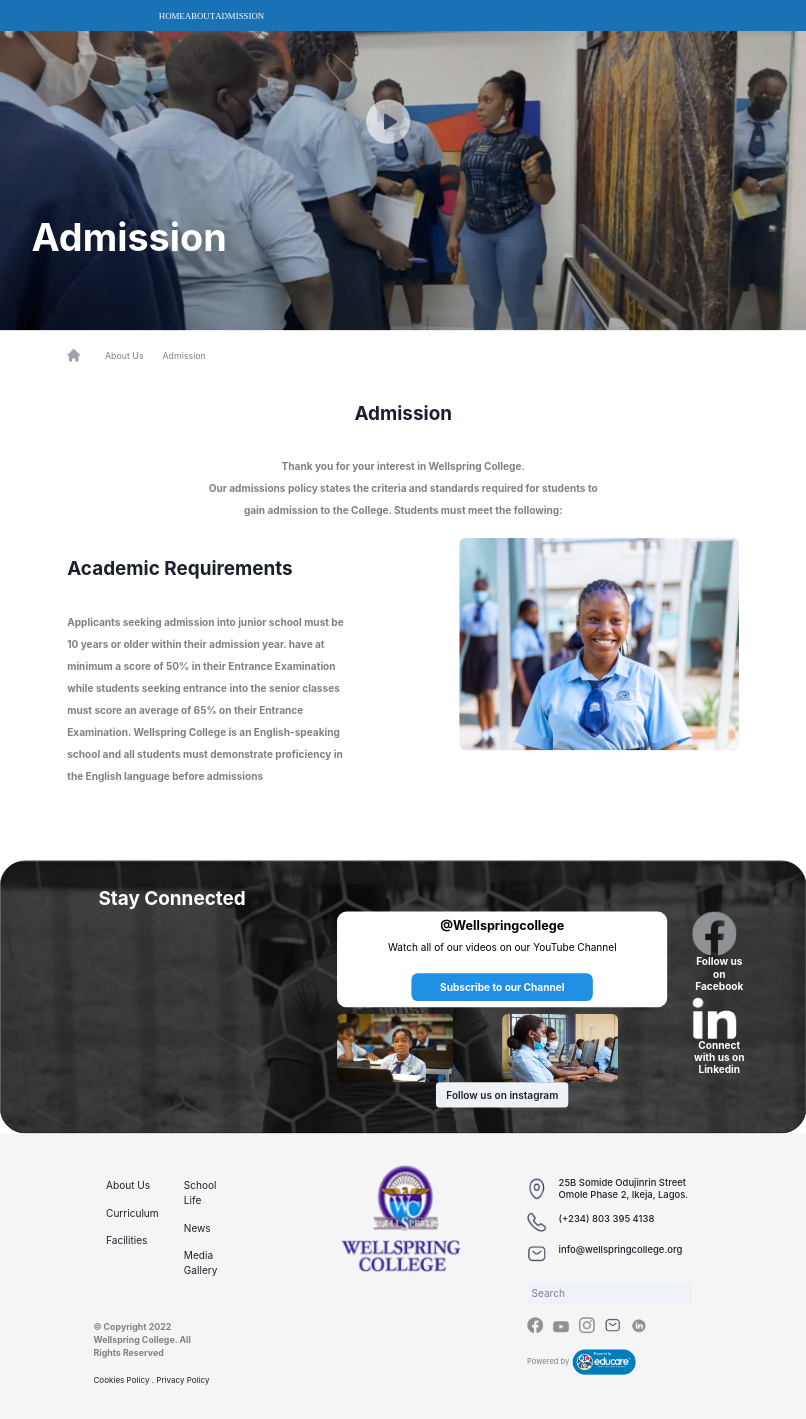
Repository: gr8skills/wellspring-school-forked
Page: /admission
An editor plug-in stored every save of this project. The page is shown before and after a run of saves, followed by the edit.
The browser window is 1280 px wide. The pictures show the whole page, at 63% of full size.
The project was rebuilt for these pictures with package versions that can differ from the ones it lists, and the page was loaded fresh each time. Also part of the build but not shown: src/components/Navbar/Dropdown.scss, src/components/Navbar/Dropdown.js, src/components/Testimonials/Testimonials.js, src/components/Calendar/Calendar.js, src/components/News/News.js, src/components/WhyWellspring/_why-wellspring.scss, src/components/WhyWellspring/WhyWellspring.js, src/components/AppTab/AppTab.js and 9 more.

Above is the page before, as saved 2022-12-06 19:06:52.

### src/index.css
body {
  /* margin: 0;
  font-family: -apple-system, BlinkMacSystemFont, 'Segoe UI', 'Roboto', 'Oxygen',
    'Ubuntu', 'Cantarell', 'Fira Sans', 'Droid Sans', 'Helvetica Neue',
    sans-serif;
  -webkit-font-smoothing: antialiased;
  -moz-osx-font-smoothing: grayscale; */
}

/* code {
  font-family: source-code-pro, Menlo, Monaco, Consolas, 'Courier New',
    monospace;
} */

### src/App.css
body{
}

.App {
  text-align: center;
    background-color:black;

}

.App-logo {
  height: 40vmin;
  pointer-events: none;
}

@media (prefers-reduced-motion: no-preference) {
  .App-logo {
    animation: App-logo-spin infinite 20s linear;
  }
}


@keyframes App-logo-spin {
  from {
    transform: rotate(0deg);
  }
  to {
    transform: rotate(360deg);
  }
}

### src/pages/Admission/Admission.js
import Banner from "../../assets/admission.png";
import Home from "../../assets/home.png";
import VideoIcon from "../../assets/vid2.png";
import Happy from "../../assets/happy.png";

import Dot from "../../assets/yellow.png";
import { Heading } from "@chakra-ui/react";
import { Link } from "react-router-dom";

import "./_admission.scss";
import { StayConnected } from "../../components/StayConnected/StayConnected";
export const Admission = () => {
  return (
    <>
      <div className="col-md-12 holder">
        <img className="col-md-12 imgCaro" src={Banner} alt="Scholar" />
        <div className="overlay">
          <div className="videoIcon">
            {" "}
            <img className="col-md-1" src={VideoIcon} alt="Scholar" />
          </div>
          <Heading size="3xl">Admission</Heading>
        </div>
      </div>
      <div className="flexy breadcrumb">
        <div className="col-md-1">&nbsp;</div>
        <a href="#">
          <img className="col-md-12 home-icon" src={Home} alt="Scholar" />
        </a>
        <p>About Us</p>
        <p>Admission</p>
      </div>
      <div className="col-md-12 flexy admission">
        <div className="col-md-3">&nbsp;</div>
        <div className="page-body col-md-6 ">
          <Heading size="lg" mb="50px" mt="30px">
            Admission
          </Heading>
          <p style={{ lineHeight: "35px" }}>
            Thank you for your interest in Wellspring College.
            <br /> Our admissions policy states the criteria and standards
            required for students to gain admission to the College. Students
            must meet the following:
          </p>
        </div>
      </div>
      <div className="col-md-12 flexy mt1">
        <div className="col-md-1">&nbsp;</div>
        <div className="col-md-10 flexy">
          <div className="page-body col-md-5 ">
            <Heading size="lg" mb="50px" mt="30px">
              Academic Requirements
            </Heading>
            <p>
              Applicants seeking admission into junior school must be 10 years
              or older within their admission year. have at minimum a score of
              50% in their Entrance Examination while students seeking entrance
              into the senior classes must score an average of 65% on their
              Entrance Examination. Wellspring College is an English-speaking
              school and all students must demonstrate proficiency in the
              English language before admissions
            </p>
          </div>
          <div className="col-md-2">&nbsp;</div>
          <div className="col-md-5">
            {" "}
            <img className="col-md-12 br" src={Happy} alt="Scholar" />
          </div>
        </div>
      </div>

      <StayConnected />
    </>
  );
};

### src/components/Navbar/NavBar.module.css


.navCont{
    position: relative;
    /* display: flex; */
    width:25%;
    /* justify-content: space-between; */
    /* margin: 0 auto; */
    /* max-height: 5rem; */
    padding-left:220px;

}

.nav-links{
    font-size:10px !important;
}


.imgCont{
    position: relative;
}

/* .imgContent{
    position: absolute;
    z-index: 1;
    height: 6vw;

} */

/* .btnPortal{
    background-color: #4CA14900;
    color: #fff;
    height: 2.5rem;
    width: 7rem;
    font-size: 18px;
    border-radius: 5px;
    position: relative;
    outline: 0;
    border: 0;
    transition: 1.5s scale linear;
} */

/* .btnPortal:focus{
    outline: 0;
    border: 0;
} */

/* .btnPortal:hover{
    transform: scale(1.02);
    background-color: #4CA149CF;
} */

/* .fIcon{
    width: 30px;
    height: 30px;
    padding: 5px 5px;
    transform: translate(-6px, -1px);
} */

/* @media screen and (max-width: 960px) {
    .navCont{
        position: relative;
        display: flex;
        width: 100%;
        justify-content: space-between;
        margin: 0 auto;
        max-height: 5rem;

    }

    .imgContent{
        position: absolute;
        z-index: 1;
        height: 16vw;

    }

}


 */

### src/components/Navbar/_navbar.scss
@import "../../variables";





.navContainer{
    background:$themecolor;
    min-height: 3rem;
    position: fixed;
    z-index: 1;
    right: 0;
    width: 100%;
    top: 0;
    @media screen and (max-width:620px){
        display:none;
    }
}


.nav-list{
    display: flex;
    max-width: 70%;
    width: 70%;
    justify-content: space-between;
    list-style: none;
    color: #fff;
    font-family: monserat;
    transform: translateY(54%);
    margin: 0 !important;
}

.nav-list li{
    line-height: 25px;
    text-align: center;
    margin: 0;
    font-size: 14px;

}

/* .nav-list li a{
    color: #fff;
} */


.nav-item {
    height: auto;
    justify-content: center;
    display: flex;
}

.menu-icon{
    display: none;
}




.nav-links {
    color: #fff;
    display: flex;
    align-items: center;
    text-decoration: none;
    height: 100%;
    transition: all 0.2s ease-out;

}

.nav-links:hover {
    background-color: #fff;
    text-decoration: none;
    // padding:5px;
    color:$themecolor;
}


@media screen and (max-width: 600px) {
    .ph{
        display: none;
    }

@media screen and (max-width: 960px) {
    .nav-list{
        display: none;
    }
}

    .menu-icon{
        display: block;
    }

    .nav-list{
        display: flex;
        flex-direction: column;
        position: absolute;
        height: 42rem;
        width: 100%;
        max-width: 100% !important;
        top: 48px;
        transform: translateY(4%);
        /* z-index: 999; */
        opacity: 1;
        right: -100%;
        transition: all .5s linear;
    background-color: #4CA149;

    }
.mainMenu li a{
    line-height:20px !important;

}
    .nav-list.active{
        transition: all 0.3s ease-out;
        visibility: visible;
        transition: all .5s linear;
        right: 0;
        /* z-index: 1; */
    }

    .nav-list.active li {
        font-size: 4vw;
        position: relative;
        margin: 30px 0;
    }


    .fa-times{
        position: relative;
        float: right;
        width: 100%;
    }

    .fa-times, .fa-bars{
        font-size: 40px;
        color: #feed00;
        transition: all 1.5ms linear;
        transform: translate(-29px, 17px);

    }
.nav-links{
    display:none;
}
}




@media screen and (min-width: 960px) {
    .wrapper{
        display:none;
    }
}



/*for sidenav*/




.ph:hover{
    background-color:rgb(255, 165, 0) !important;
    opacity:1 !important
}
.wrapper{
    position: absolute;
    top: 50%;
    left: 50%;
    transform: translate(-50%, -50%);

}
.mainMenu{
    width: 250px;
    display: block;
    border-radius: 10px;
    overflow: hidden;
}
.mainMenu a{
  font-size:20px !important;
  font-weight:bold !important;
      font-family: monserat;
      /* margin-bottom:-20px; */
}
.item{
    border-top: 1px solid orange;
    overflow: hidden;
margin: top 0;
line-height: 20px !important;
}
.btn{
    display: block;
    padding: 15px 20px;
    color: #fff;
    position: relative;
    padding-left:5px !important;
    /* text-align:left !important; */

}
.btn:before{
    content: '';
    position: absolute;
    width: 0;
    height: 0;
    border-left: 8px solid transparent;
    border-right:8px solid transparent;
    /* border-top:10px solid rgba(0,128,0,0.9); */
    right: 15px;
    bottom: -10px;
    z-index: 9;

}
.btn i {
    margin-right: 7px;
    margin-left: -5px;
    font-size: 13px;
}
.subMenu{
    /* background:#A3DA8D !important; */
      overflow: hidden;
        /* background:rgba(78,161,73, 0.1)!important; */
        background:rgba(178,161,173, 0.1)!important;

    transition: max-height 0.7s;
max-height: 0;
z-index:300000000 !important;
position:relative !important;

}
.subMenu a{
    display: block;
    /* padding: 5px 10px !important; */
    color: #fff !important;
    font-size: 14px !important;
    border-bottom: 1px solid #394c7f;
    position: relative;
    margin-top:5px !important;


}
.subMenu a:before{
    content: '';
    opacity: 0;
    transition: opacity 0.3s;

}
.subMenu a:hover:before{
    content: '';
    position: absolute;
    height: 0;
    width: 6px;
    left: 0;
    top:0;
    opacity: 1;
    /* background-color: #d8d824; */
    border-top: 24px solid transparent;
    border-left: 11px solid #ffffff;
    border-bottom: 24px solid transparent;
}
.subMenu a:after{
    content: '';
    opacity: 0;
    transition: opacity 0.3s;

}
.subMenu a:hover:after{
    content: '';
    position: absolute;
    height: 0;
    width: 6px;
    right: 0px;
    top:0;
    opacity: 1;
    /* background-color: #d8d824; */
    border-top: 24px solid transparent;
    border-right: 11px solid #ffffff;
    border-bottom: 24px solid transparent;
}
.subMenu a:hover{
   background-color:orange;
    transition: all 0.3s;
    border-bottom: 2px solid #394c7f;
}
.subMenu a:last-child{
    border:none;
}
.item:target .subMenu{
    max-height: 300px;
        /* transition: max-height 0.7s !important; */

}

.login{
  background-color:#ED2f59;
  padding:5px 14px 5px 14px !important;
  border-radius:5px;
margin-right:55px;
margin-left:30px;
font-family: 'Poppins', sans-serif;

  }



.portal{
  background-color:rgb(221, 156, 35);
  /* padding:7px; */
  width:120px;
  margin-left:50px;
  border-radius:5px;
 padding:7px !important;
 font-size:5px !important;
 color:white !important;
    /* padding-bottom:6px !important; */
  margin-top:20px !important;
   font-size:11px !important;
      text-decoration: none;

  }

  .portal a{

  }

### src/components/Footer/_footer.scss
@import "../../shared-styles";
@import "../../variables";



.footer-container{
    padding:50px;
    height:fit-content;
    background-color:#F5F5F6;
    ul li{
        margin:20px;
    }
    .footer-contacts{
        img{width:30px; margin-right:20px}
        h1{margin-top:20px;
        font-size:15px;}
    }
    .footer-links{
        p{margin-top:30px;
        font-size:14px;
    color:grey;
font-weight:bold;
margin-bottom:20px;}
    }
    ol li{
       width:33px;
       img{
        width:25px !important;
        margin-top:20px;
       }
    }
    .educare{
        margin-top:20px;
        p{font-size:12px;
        color:grey;
    margin-top:10px;
margin-right:5px;}
            img{width:100px;}

    }
}

### src/pages/AboutUs/_about-us.scss
@import "../../shared-styles";
@import "../../variables";


.holder2 {
  position: relative;
  img{border-radius: 10px;}
    // background-image: url("../../assets/orange-arrow2.png");
  // background-repeat: no-repeat;
  // background-size: 60px;
  // background-position: 50% 50%;
  // position: relative;
  // z-index:10000000;
  // display:none;

}

/* Make the image to responsive */
.image {
  display: block;
  width: 100%;
  height: auto;
}

/* The overlay effect - lays on top of the container and over the image */
.overlay2 {
  position: absolute;
 bottom:134px;
  color: #f1f1f1;
  width: 60%;
  opacity:1;
  color: white;
  font-size: 27px !important;
  // padding: 40px ;
  text-align:center !important;left:10%;
  @media screen and (max-width:620px){
    left:16%;
     font-size: 30px !important;
  }



}
@media screen and (max-width:620px){
  .link-imgs{
    padding:20px;
  }
  .holder2{
        margin-top:20px;

  }.holder-up{
        margin-top:-70px;

  }
}

### src/pages/ProprietorMessage/_message.scss
@import "../../shared-styles";
@import "../../variables";


.message{
  span{color:$themecolor2;}
  strong{font-size:20px;
  color:rgb(98, 97, 97);}
  .message-paragraph{margin-left: 30px; margin-top: 98px;
  @media screen and (max-width:620px){
    margin-left: 0px;
  }
  }
  img{border-radius:10px;}
}

### src/pages/Vision/_vision.scss
@import "../../shared-styles";
@import "../../variables";


.vision{
  img{
    height:10px;
    width:10px;
    margin:17px 10px;
  }
  ul li{
   line-height:45px;
  }
  ul{
    margin-right:50px;
       margin-bottom:40px;

  }
}

### src/pages/Discipline/_discipline.scss
@import "../../shared-styles";
@import "../../variables";


.discipline{
 p{margin-bottom:140px;}
}

### src/pages/SchoolSong/_school-song.scss
@import "../../shared-styles";
@import "../../variables";


.school-song{
 p{margin-bottom:140px;
line-height: 55px;}
}

### src/pages/TeachingTeam/_teaching-team.scss
@import "../../shared-styles";
@import "../../variables";


.school-song{
 p{margin-bottom:140px;
line-height: 55px;}
}

### src/pages/Admission/_admission.scss
@import "../../shared-styles";
@import "../../variables";


.videoIcon{
    margin-left:45%;
    margin-bottom:10%;
 img{
    height:70px;
    width:70px;


 }
}
.admission{
    .page-body{text-align:center}
}

### src/_variables.scss
$themecolor:#1972B6;
$themecolor2:rgb(32,143,228);

### src/components/Testimonials/_testimonials.scss
@import "../../variables";
@import "../../shared-styles";




.testimonial{
    margin-top:100px;
    small{
font-weight:bold;}
.testimonial-massage{
 margin-top:80px;

    margin-left:60px;
    p{line-height:35px;
    margin-top:40px;
    }

}
strong{font-size:20px;
background-color:$themecolor2;
color:white;
padding:2px 7px;
margin-left: 10px;
border-radius:3px}
}
 .carousel {
    position: relative;
    z-index: 0;

}
.carousel-inner {
    position: relative;
    width: 100%;
    overflow: hidden;
          border-radius:20px !important;;

}

.carousel-indicators > button.active {
    opacity: 1;
    max-width: 14px !important;
    max-height:14px  !important;
    min-width: 14px !important;
    min-height:14px  !important;
    background-color: green !important;
    border-color: #fff !important;
    outline: none;
    border: none;
    border-radius: 7px !important;

}

.carousel-indicators button{
    max-width: 14px !important;
    max-height: 14px !important;
    min-width: 14px !important;
    min-height: 14px !important;
    margin: 3px 5px !important;
    border-radius: 7px !important;
    background-color: red!important;
    border: 1px solid #fff !important;
    transition: all .5s linear ;

}

.carousel-indicators button:focus{
        outline:0;
        border-color: #4287BD;
}
.carousel-indicators  {
    position: absolute;
    right: 0;
    bottom: 10px;
    left: 0;
    z-index: 15;
    display: flex;
    flex-direction: row;
    height: 100%;
    justify-content: center;
    padding-left: 0;
    margin-right: 0;
    margin-left: 1vw;
    list-style: none;
    outline: none;
    border: none;
}

.carousel-control-next {
 left: 9vw;
     transform: rotate(180deg);
    position: absolute;
    margin-top: 35% !important;
    justify-content: right !important;
    height: 10px;
    width: 18px !important;
    font-size: 50px;

}
.carousel-control-prev {
    left: 1.5vw;
    transform: rotate(180deg) !important;
    position: absolute;
    margin-top: 35% !important;
    justify-content: right !important;
    height: 10px;
    font-size: 50px;
    width: 20px !important;

}
.carousel-control-prev::after{
    content: url('../../assets/arrow-right.png');

    z-index: 10000000000;
    margin-right: 70px;
    width: 20px;
    height: 80px;
}
.carousel-control-next::after{
    content: url('../../assets/arrow-left.png');
    font-size: 54px;
    z-index: 1000000000000000000000000000;
    position:relative;
    right: 0 !important;
    width: 20px;
    height: 80px;

}

### src/_shared-styles.scss
@import "./variables";


@media screen and (max-width:620px){
    .flexyM{
        display:flex;
    }
    .side-menu{
        display:none !important;
    }
    .page-body{padding:20px;}
}
@media screen and (min-width:620px){
    .flexy{
        display:flex;
    }
    .spread{
        display:flex;
    }
}

.side-menu{
    height:fit-content;
    padding:40px;
    background-color:#F9FAFA;
    border-radius: 10px;
    ul li{
        line-height:60px;
       &:hover{
        color:$themecolor2 !important;
       }
    }
   .active{color:$themecolor2 !important;}
}



* {box-sizing: border-box}

/* Container needed to position the overlay. Adjust the width as needed */
.holder {
  position: relative;
  width: 100%;
}

/* Make the image to responsive */
.image {
  display: block;
  width: 100%;
  height: auto;
}

/* The overlay effect - lays on top of the container and over the image */
.overlay {
  position: absolute;
  bottom: 60px;

  color: #f1f1f1;
  width: 100%;
  opacity:1;
  color: white;
  font-size: 20px;
  padding: 50px;
  text-align:left;
}

.home-icon{
    height:20px;
    width:20px;
    margin-right:40px;
}
.breadcrumb{
margin-top:30px;
p{color:grey; font-size:14px; margin-right:30px}
}
.page-body{
  p{font-weight:700;
  color:grey;
line-height:35px}
}
.br{
  border-radius:10px
}
.mt1{
  margin-top:10px;
}.mt2{
  margin-top:20px;
}.mt3{
  margin-top:30px;
}.mt4{
  margin-top:40px;
}

### src/components/AppButton/_app-button.scss
@import "../../shared-styles";
@import "./overides";
@import "../../variables";

.app-button{
    background-color:$themecolor2;
    color:white;
    padding:10px 45px;
    font-weight:bold;
    border-radius:10px;
}

### src/components/Calendar/_calendar.scss
@import "../../shared-styles";
@import "../../variables";



.calendar-container{
            text-align:center;
border-right:solid 1px rgb(202, 200, 200);
    .calendar-box{
background-color:$themecolor2;
height:100px;
width:110px;
border-radius: 10px;
color:#fff;
    text-align: center;
    padding:10px 0;
margin-left:40px;
margin-bottom:30px;

    }
    p{
        color:grey;
        margin-top:20px;
    }
    .calendar-day{
        font-size:35px;
    }
    .calendar-description{
        font-size:20px;
        text-align:center;
    }
}

### src/components/News/_news.scss
@import "../../shared-styles";
@import "../../variables";
.news-container{
    .news-img{
     margin-bottom:40px;
     margin-top:40px;

    }
    img{
        width:100%;
        border-radius: 10px;


    }
    .news-description{
        margin-left:30px;
        h6{
            color:grey;margin-top:40px;
        }
        p{line-height: 35px;
        font-size:20px;
    }
    }
    .read-more-link{
        color:$themecolor;
        margin-top:50px;
    }
}

### src/components/AppTab/_app-tab.scss
@import "../../shared-styles";
@import "./overides";
@import "../../variables";

### src/components/Form/_form.scss
@import "../../shared-styles";
@import "../../variables";
@import "./overides";

### src/components/SearchBar/_search-bar.scss
.visually-hidden {
    clip: rect(0 0 0 0);
    clip-path: inset(50%);
    height: 1px;
    overflow: hidden;
    position: absolute;
    white-space: nowrap;
    width: 1px;
}

input{
    background-color: rgb(239, 243, 248) !important;
    padding:7px !important;
    margin-top:20px !important;border-radius: 5px !important;
}

### src/components/StayConnected/_stay-connected.scss

.connected{
    margin-top:100px;
 border:solid 1px black;
  background-image: url("../../assets/connected-bg.png");
  background-repeat: no-repeat;
  background-size: cover;
  padding: 40px 10px;
  color:white;
  border-radius:40px;
  // margin-right:30px;
  // margin-left:60px;
  text-align:center;
      .channel{
        background-color:white;
        color:black;
        padding:10px 20px;
        height:fit-content;
        border-radius: 15px;
        margin-top:40px;
      }
      img{width:70%;
    height:100%;
  border-radius:10px;
}
}

.socials{
    margin-top: 40px;
    padding-left: 40px;
    text-align:center !important;
    img{
        width:70px !important;
    }
    .linked{
        background-color:grey;
         width:100px !important;
        border-radius: 50%;
        padding:20px;
    }
}

### src/components/AppButton/_overides.scss
@import "../../variables";



.css-jut409{
    background-color:$themecolor;
    padding:100px !important;
}

### src/components/AppTab/_overides.scss
@import "../../variables";


.css-1uw5bnh{
//    box-shadow:0 0 10px 10px rgb(30,130,205);
   border:solid 10px rgb(30,130,205);
   border-radius:10px
}
.css-qycpmy{
    color:rgb(30,130,205);
    background:#fff;
    width:100%;
    border-right:solid 1px $themecolor2;
}

### src/components/Form/_overides.scss
.css-1kp110w{
    background-color:#fff !important;
    padding:30px !important;
    color:grey;
    margin-top:40px;
    border:none !important;
        box-shadow: 0 0 1px 1px #fff !important;

}

.css-1om0uuh {
      background-color:#fff !important;
    margin-top:40px;
    margin-bottom:20px;
    height:300px !important;
        box-shadow: 0 0 1px 1px #fff !important;

}

Loaded but not shown: public/index.html (common file); src/index.js (common file); src/reportWebVitals.js (common file); src/components/Navbar/Navbar.js (299 lines, source omitted); src/components/Footer/Footer.js (113 lines, source omitted); src/components/StayConnected/StayConnected.js (75 lines, source omitted); src/App.js (38 lines, source omitted); src/components/Navbar/MenuItems.js (31 lines, source omitted); src/components/SearchBar/SearchBar.js (15 lines, source omitted); src/components/AppButton/AppButton.js (9 lines, source omitted); src/pages/Home/_home.scss (321 lines, source omitted)

After the next 2 saves:
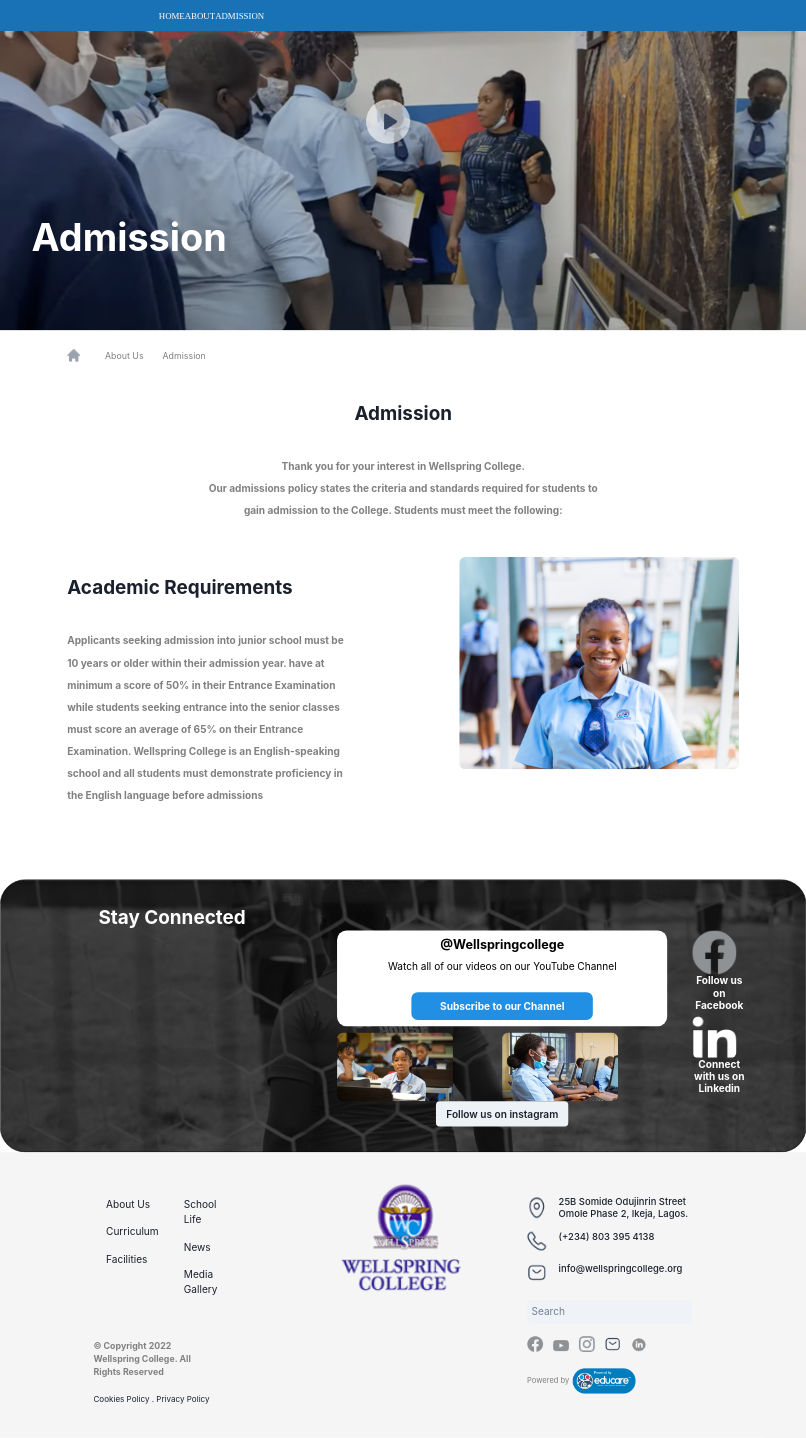
The 2 saves are shown as one change because they came seconds apart.
The last was saved 6 s later.
--- a/src/pages/Admission/Admission.js
+++ b/src/pages/Admission/Admission.js
@@ -44,7 +44,7 @@
           </p>
         </div>
       </div>
-      <div className="col-md-12 flexy mt1">
+      <div className="col-md-12 flexy mt4">
         <div className="col-md-1">&nbsp;</div>
         <div className="col-md-10 flexy">
           <div className="page-body col-md-5 ">
